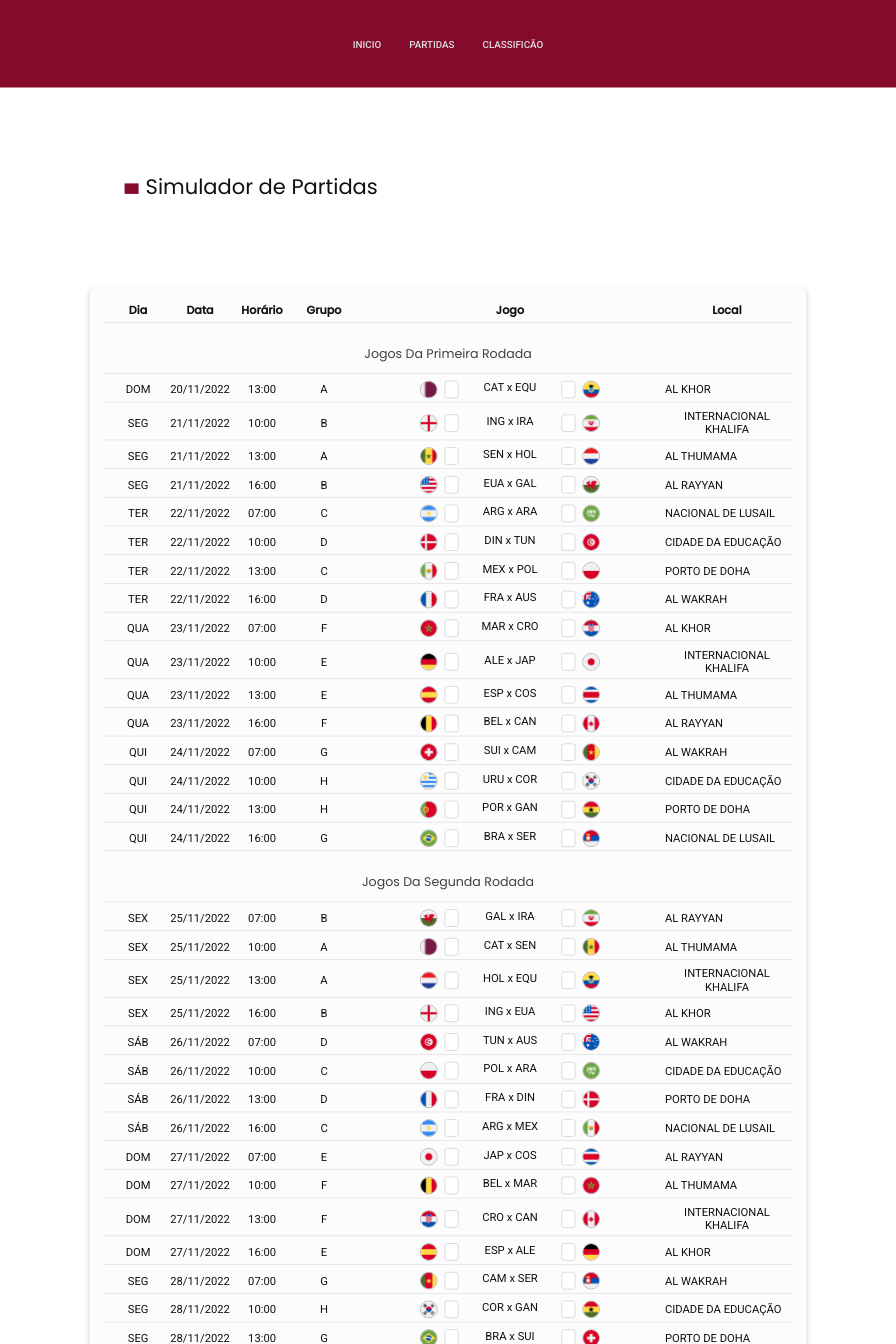
Repository: mayconndouglass/cup-simulator
Page: index.html
An editor plug-in stored every save of this project. The page is shown before and after the next save, followed by the edit.
The browser window is 1280 px wide. The pictures show the part of the page from y = 0 to 1920 px (the page is 3215 px tall before and 3142 px after), at 70% of full size.

Above is the page before, as saved 2023-01-10 09:45:53.

After the next save:
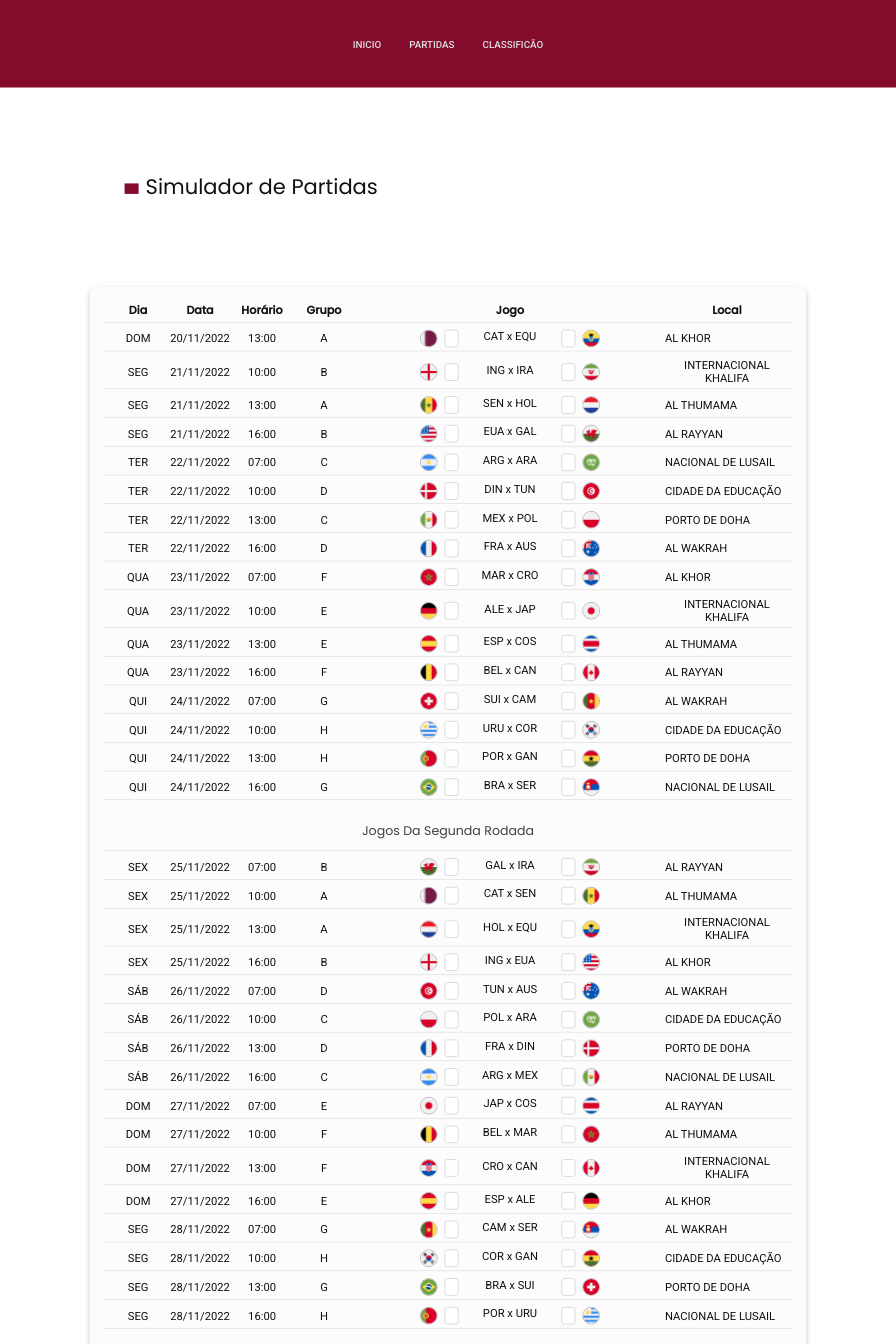
Saved 33 s later.
--- a/index.html
+++ b/index.html
@@ -40,7 +40,6 @@
         </div>
         <span>Local</span>
       </div>
-      <h3>Jogos Da Primeira Rodada</h3>
     </section>
   </section>
 
